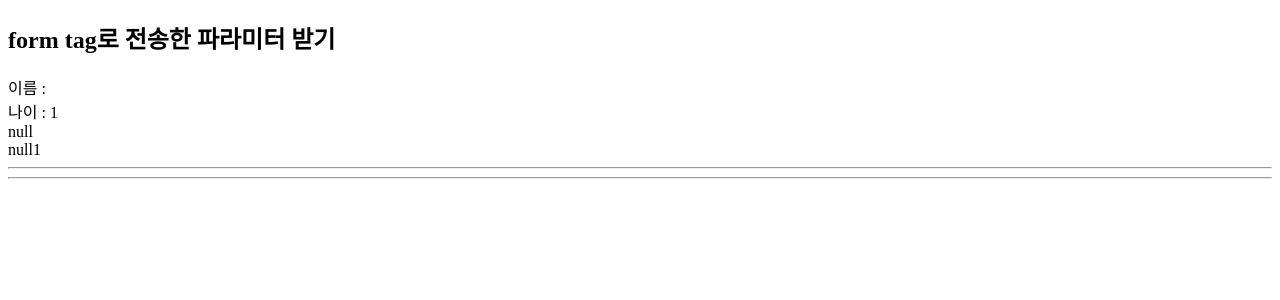
Repository: HaeunOh/study
Page: http://localhost/jstl_study/step-4.jsp
An editor plug-in stored every save of this project. The page is shown before and after a run of saves, followed by the edit.
The browser window is 1280 px wide. The pictures show the whole page.
The page is served by Tomcat 9.

Above is the page before, as saved 2024-04-11 03:38:05.

After the next 6 saves:
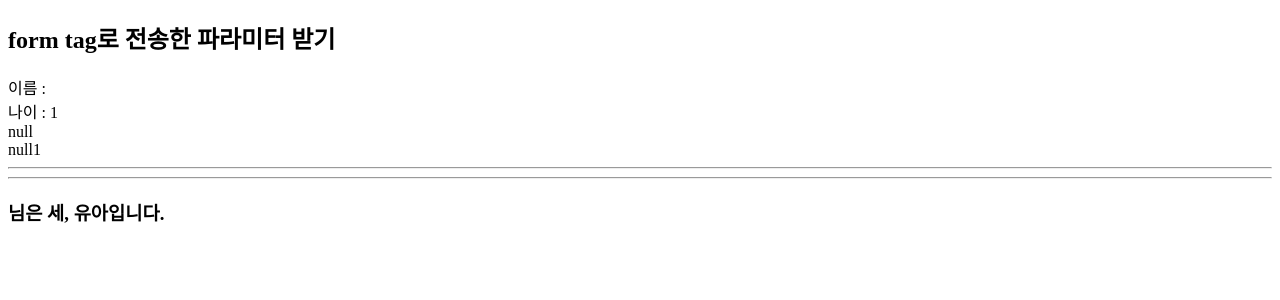
The 6 saves are shown as one change because 4 did not build or start and some came seconds apart.
The last was saved 5 min 52 s later.
--- a/_jstl_workspace/jstl_study/src/main/webapp/step-4.jsp
+++ b/_jstl_workspace/jstl_study/src/main/webapp/step-4.jsp
@@ -25,4 +25,30 @@
 	</c:if>
 
 	<hr>
+
+	<!-- choose를 사용하여 다중조건 처리 -->
+	<!-- age가 19세 이상이면 성인, 15세 이상이면 청소년, 5세 이상이면 어린이, 나머지는 유아 -->
+		<!-- c:when (case) / c:otherwise (default) -->
+	<c:choose>
+		<c:when test="${param.age >= 19 }">
+		<h3>${param.name }님은 ${param.age }세, 성인입니다.</h3>
+		</c:when>
+		<c:when test="${param.age >= 15 }">
+		<h3>${param.name }님은 ${param.age }세, 청소년입니다.</h3>
+		</c:when>
+		<c:when test="${param.age >= 5 }">
+		<h3>${param.name }님은 ${param.age }세, 어린이입니다.</h3>
+		</c:when>
+		<c:otherwise>
+		<h3>${param.name }님은 ${param.age }세, 유아입니다.</h3>
+		</c:otherwise>
+	</c:choose>
+
+
+
+
+
+
+
+
 </html>
